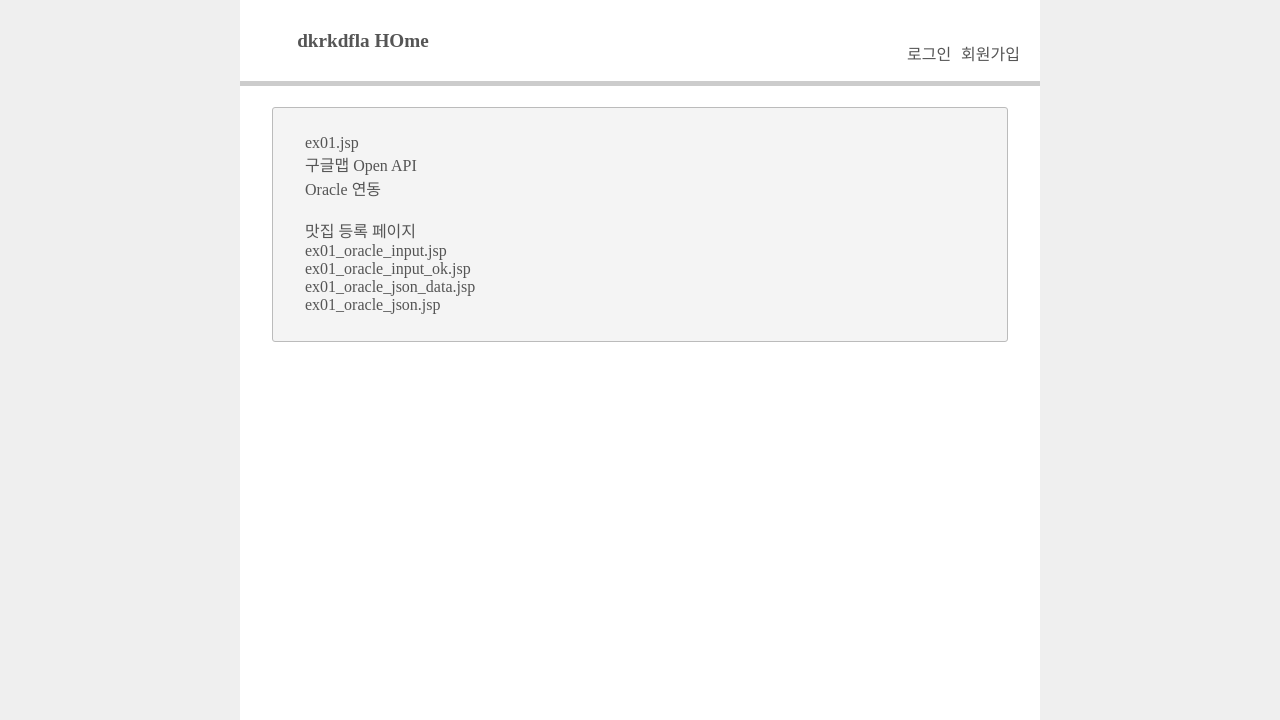
Repository: Dusajang/JSPClass
Page: http://localhost/jspPro/days11/ex01.jsp
An editor plug-in stored every save of this project. The page is shown before and after the next save, followed by the edit.
The browser window is 1280 px wide. The pictures show the whole page.
Some web fonts or font styles are not loaded; a fallback is used. The page is served by Tomcat 9.

Above is the page before, as saved 2024-10-29 00:23:14.

After the next save:
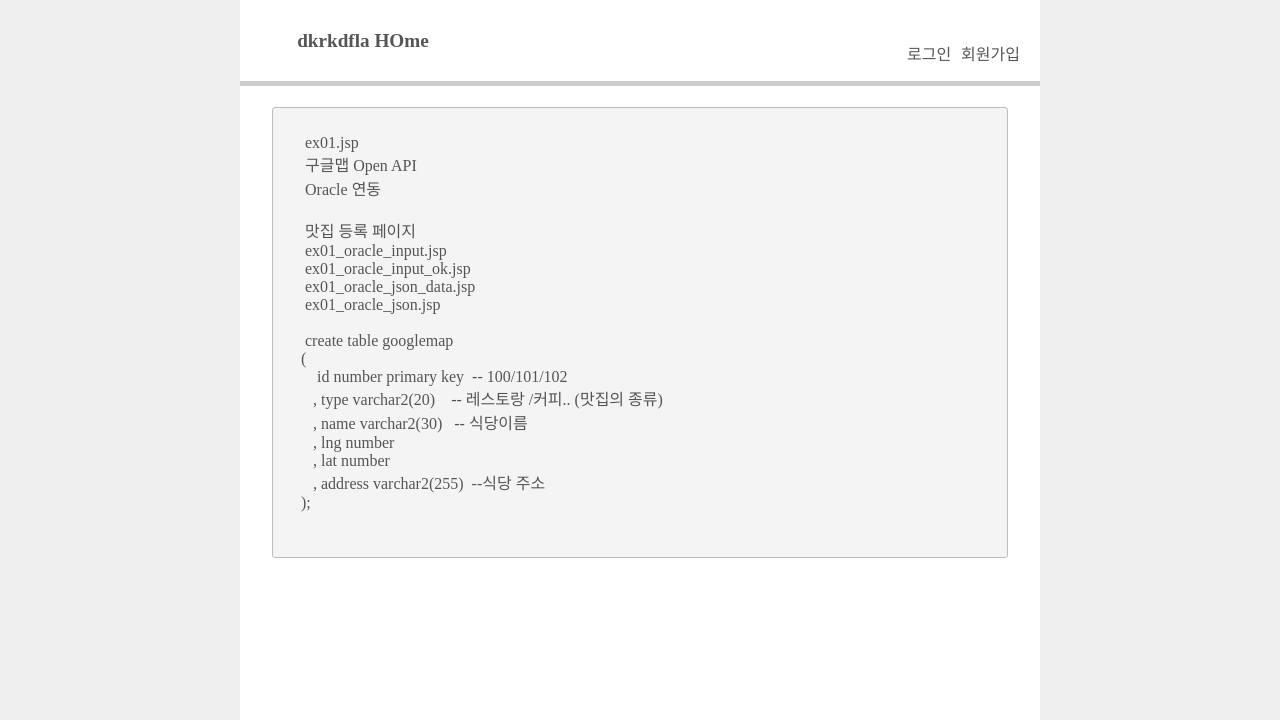
Saved 8 min 13 s later.
--- a/jspPro/src/main/webapp/days11/ex01.jsp
+++ b/jspPro/src/main/webapp/days11/ex01.jsp
@@ -37,6 +37,17 @@
     ex01_oracle_input_ok.jsp
     ex01_oracle_json_data.jsp
     ex01_oracle_json.jsp
+
+    create table googlemap
+   (
+       id number primary key  -- 100/101/102
+      , type varchar2(20)    -- 레스토랑 /커피.. (맛집의 종류)
+      , name varchar2(30)   -- 식당이름
+      , lng number
+      , lat number
+      , address varchar2(255)  --식당 주소
+   );
+
   </xmp>
 </div>
 </body>
